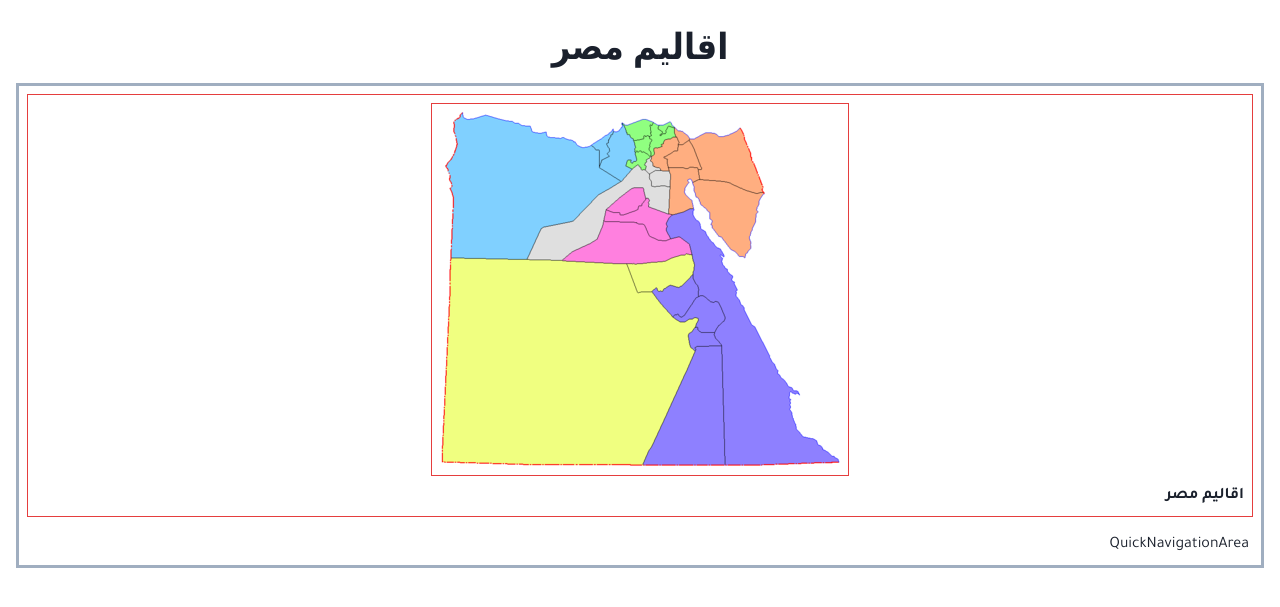
Repository: ahmed-mohamed-eng/egypt-gov-map
Page: /
The author's editor kept a copy of each file at every save. The page is drawn from the files as they stood at one save, then again after the next save.
The browser window is 1280 px wide. The pictures show the whole page.
Some web fonts or font styles are not loaded; a fallback is used. The project was rebuilt for these pictures with package versions that can differ from the ones it lists, and the page was loaded fresh each time. The framework's server and built-in components were replaced by stand-ins that run in the browser. Also part of the build but not shown: next.config.js.

Above is the page before, as saved 2022-05-28 16:34:31.

### pages/_app.tsx
import "../styles/globals.css";

import type { AppProps } from "next/app";

import { ChakraProvider, extendTheme } from "@chakra-ui/react";

const theme = extendTheme({
  fonts: {
    heading: `"Aref Ruqaa" ,'Segoe UI', Tahoma, Geneva, Verdana, sans-serif`,
  }
});

function MyApp({ Component, pageProps }: AppProps) {
  return (
    <ChakraProvider theme={theme}>
      <Component {...pageProps} />
    </ChakraProvider>
  );
}

export default MyApp;

### pages/_document.tsx
import Document, {
  Html,
  Head,
  Main,
  NextScript,
  DocumentContext,
} from "next/document";

class MyDocument extends Document {
  static async getInitialProps(ctx: DocumentContext) {
    const initialProps = await Document.getInitialProps(ctx);
    return { ...initialProps };
  }

  render() {
    return (
      <Html dir="rtl" lang="ar">
        <Head />
        <body>
          <Main />
          <NextScript />
        </body>
      </Html>
    );
  }
}

export default MyDocument;

### pages/index.tsx
import type { NextPage } from "next";

// Custom Components
import Header from "../components/Header";
import PageContainer from "../components/PageContainer";
import MainContentArea from "../components/MainContentArea";

const Home: NextPage = () => {
  return (
    <PageContainer>
      <Header headerTitle="اقاليم مصر" />
      <MainContentArea />
    </PageContainer>
  );
};

export default Home;

### styles/globals.css
@import url("https://fonts.googleapis.com/css2?family=Amiri:ital,wght@0,700;1,400;1,700&family=Aref+Ruqaa:wght@400;700&family=Tajawal:wght@300;400;500;700;800;900&display=swap");

@tailwind base;
@tailwind components;
@tailwind utilities;

html,
body {
  padding: 0;
  margin: 0;
  font-family: -apple-system, BlinkMacSystemFont, Segoe UI, Roboto, Oxygen,
    Ubuntu, Cantarell, Fira Sans, Droid Sans, Helvetica Neue, sans-serif;
}

a {
  color: inherit;
  text-decoration: none;
}

* {
  box-sizing: border-box;
  font-family: "Tajawal", "Aref Ruqaa", "Segoe UI", Tahoma, Geneva, Verdana,
    sans-serif;
}

### components/Header/index.tsx
export { Header as default } from "./Header";

### components/PageContainer/index.tsx
export { PageContainer as default } from "./PageContainer";

### components/MainContentArea/index.tsx
export { MainContentArea as default } from "./MainContentArea";

### components/Header/Header.tsx
import { Flex, Heading } from "@chakra-ui/react";

export interface HeaderProps {
  headerTitle: string;
}

export const Header = (props: HeaderProps) => {
  return (
    <Flex
      as="header"
      justifyContent="center"
      alignItems="center"
      fontSize="1.5rem"
      fontFamily="arabic"
    >
      <Heading as="h1">{props.headerTitle}</Heading>
    </Flex>
  );
};

### components/PageContainer/PageContainer.tsx
import { VStack } from "@chakra-ui/react"

export const PageContainer = (props: any) => {
  return (
    <VStack py="1.5rem" px="1rem" spacing="1rem">
        {props.children}
    </VStack>
  )
}

### components/MainContentArea/MainContentArea.tsx
import { VStack } from "@chakra-ui/react";

// Custom Components.
import MapArea from "./MapArea";
import QuickNavigationArea from "./QuickNavigationArea";

export const MainContentArea = () => {
  return (
    <VStack
      as="main"
      w="full"
      p="0.5rem"
      spacing="1rem"
      borderWidth="medium"
      borderColor="gray.400"
    >
      <MapArea />
      <QuickNavigationArea />
    </VStack>
  );
};

### components/MainContentArea/MapArea/index.tsx
export { MapArea as default } from "./MapArea";

### components/MainContentArea/QuickNavigationArea/index.tsx
export { QuickNavigationArea as default } from "./QuickNavigationArea";

### components/MainContentArea/MapArea/MapArea.tsx
import { VStack } from "@chakra-ui/react";

// Custom Components.
import MapImage from "./MapImage";
import MapInfoDisplayedLinks from "./MapInfoDisplayedLinks";

export const MapArea = () => {
  return (
    <VStack
      borderWidth="thin"
      borderColor="red.500"
      p="0.5rem"
      w="full"
      spacing="0.5rem"
    >
      <MapImage />
      <MapInfoDisplayedLinks
        breadcrumbItems={[
          {
            text: "اقاليم مصر",
            url: "#",
          },
        ]}
      />
    </VStack>
  );
};

### components/MainContentArea/QuickNavigationArea/QuickNavigationArea.tsx
import { Flex } from "@chakra-ui/react";

export const QuickNavigationArea = () => {
  return (
    <Flex w="full" px="0.25rem">
      QuickNavigationArea
    </Flex>
  );
};

### components/MainContentArea/MapArea/MapImage/index.tsx
export { MapImage as default } from "./MapImage";

### components/MainContentArea/MapArea/MapInfoDisplayedLinks/index.tsx
export { MapInfoDisplayedLinks as default } from "./MapInfoDisplayedLinks";

### components/MainContentArea/MapArea/MapImage/MapImage.tsx
import React from "react";

import { Flex, Image } from "@chakra-ui/react";

// Images Sources.
import mapImage from "../../../../images/Egypt_Provinces.webp";

export const MapImage = () => {
  return (
    <Flex borderWidth="thin" borderColor="red.500" p="0.5rem">
      <Image mixBlendMode="multiply" src={mapImage.src} alt="Egypt Province Map" />
    </Flex>
  );
};

### components/MainContentArea/MapArea/MapInfoDisplayedLinks/MapInfoDisplayedLinks.tsx
import { v4 as uuidV4 } from "uuid";

import { Breadcrumb, BreadcrumbItem, BreadcrumbLink } from "@chakra-ui/react";

export type BreadcrumbElement = {
  url: string;
  text: string;
};

export interface MapInfoDisplayedLinksProps {
  breadcrumbItems: Array<BreadcrumbElement>;
}

export const MapInfoDisplayedLinks = (props: MapInfoDisplayedLinksProps) => {
  const breadcrumbItems = props.breadcrumbItems.map((item) => {
    return (
      <BreadcrumbItem key={uuidV4()}>
        <BreadcrumbLink fontWeight="600" href={item.url}>
          {item.text}
        </BreadcrumbLink>
      </BreadcrumbItem>
    );
  });

  return <Breadcrumb w="full">{breadcrumbItems}</Breadcrumb>;
};

Loaded but not shown: tailwind.config.js (common file)

After the next save:
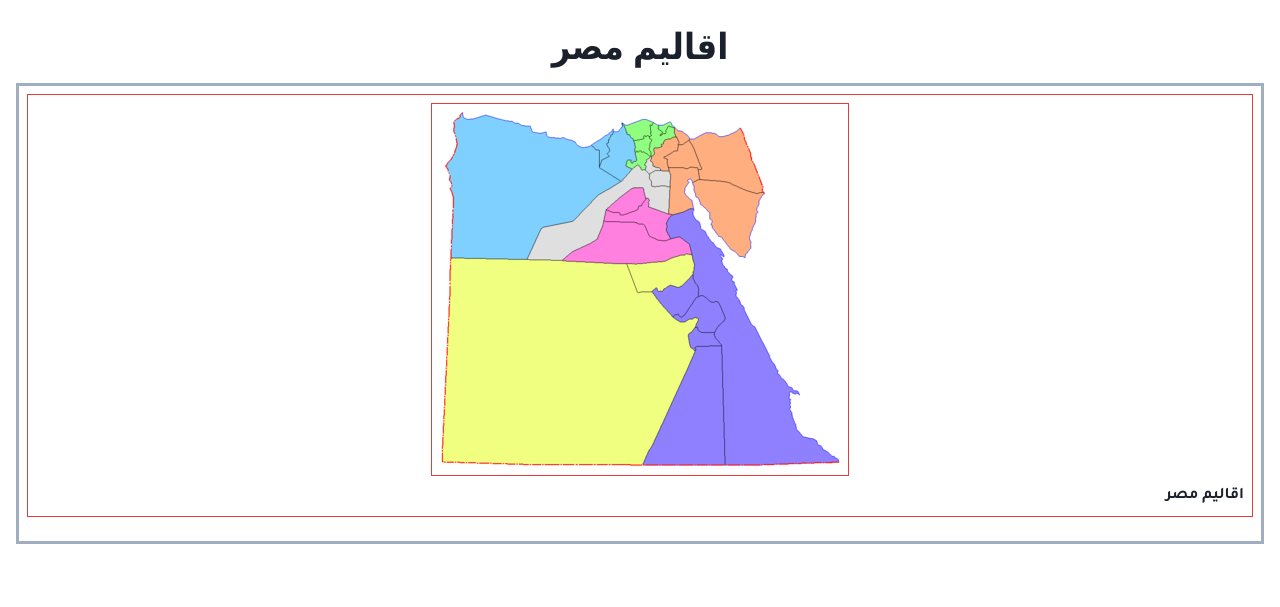
Saved 28 s later.
--- a/components/MainContentArea/QuickNavigationArea/QuickNavigationArea.tsx
+++ b/components/MainContentArea/QuickNavigationArea/QuickNavigationArea.tsx
@@ -1,9 +1,9 @@
-import { Flex } from "@chakra-ui/react";
+import { Flex, Heading } from "@chakra-ui/react";
 
 export const QuickNavigationArea = () => {
   return (
     <Flex w="full" px="0.25rem">
-      QuickNavigationArea
+      <Heading></Heading>
     </Flex>
   );
 };
